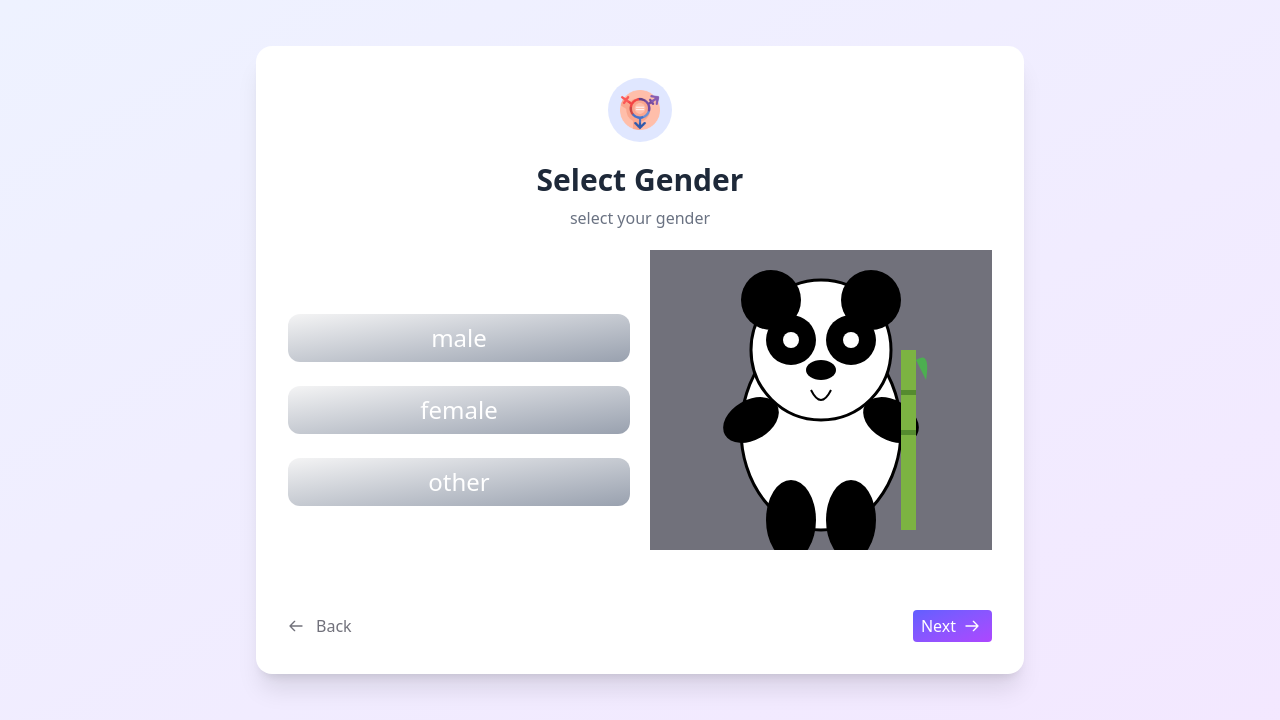
Repository: aryan151pratap/FitPanda
Page: / (app in frontened/)
An editor plug-in stored every save of this project. The page is shown before and after the next save, followed by the edit.
The browser window is 1280 px wide. The pictures show the whole page.
The project was rebuilt for these pictures with package versions that can differ from the ones it lists, and the page was loaded fresh each time. Also part of the build but not shown: frontened/vite.config.js, frontened/src/App.css, frontened/src/components/page_1.jsx, frontened/src/login/login.jsx, frontened/src/login/sign_up.jsx, frontened/src/login/otp.jsx, frontened/src/notification/notify.jsx.

Above is the page before, as saved 2025-06-04 23:26:09.

### frontened/src/App.jsx
import { useState } from 'react'
import './App.css'
import Page_1 from './components/page_1';
import Sign_up from './login/sign_up';
import Otp from './login/otp';
import Notify from './notification/notify';
import Gender from './about_user/gender';

function App() {
	const [otp, setOtp] = useState(true);

  const [data, setData] = useState({});
  const [login, setLogin] = useState(true);

  const [notification, setNotification] = useState('');


  return (
    <>
    <div className=''>
      {!login ?
        <div>
        {otp ?
        <Sign_up setOtp={setOtp} setEmail={setData} setNotification={setNotification}/>
        :
        <Otp setOtp={setOtp} data={data} setNotification={setNotification}/>
        }
        </div>
        :
        <div>
          {/* <Page_1/> */}
          <Gender/>
        </div>
      }

      <div>
        {notification.length > 0 &&
          <Notify notification={notification} setNotification={setNotification}/>
        }
      </div>
    </div>
    </>
  )
}

export default App

### frontened/src/about_user/gender.jsx
import { useState } from "react";
import gender_img from '../image/gender.png';

function Gender(){
	const [gender, setGender] = useState('');
	const gen = ['male', 'female', 'other'];

	return(
		<>
		<div className="min-h-screen bg-gradient-to-br from-indigo-50 to-purple-100 flex items-center justify-center p-4">
			<div className="w-full sm:max-w-xl md:max-w-3xl">
				<div className="bg-white rounded-2xl shadow-xl overflow-hidden p-8">
					<div className="text-center">
						<div className="mx-auto flex items-center justify-center w-16 h-16 bg-indigo-100 rounded-full mb-5">
						{gender === "male" ?
							<svg xmlns="http://www.w3.org/2000/svg" className="h-8 w-8 text-blue-600" fill="none" viewBox="0 0 24 24" stroke="currentColor">
								<path strokeLinecap="round" strokeLinejoin="round" strokeWidth={2} d="M13 7h4a1 1 0 011 1v4m-7 7a5 5 0 100-10 5 5 0 000 10zm6-10l-5 5" />
							</svg>
							: gender === 'female' ?
							<svg xmlns="http://www.w3.org/2000/svg" className="h-8 w-8 text-pink-600" fill="none" viewBox="0 0 24 24" stroke="currentColor">
								<path strokeLinecap="round" strokeLinejoin="round" strokeWidth={2} d="M12 14v7m0 0h3m-3 0H9m3-7a5 5 0 100-10 5 5 0 000 10z" />
							</svg>
							: gender === 'other' ?
							<svg xmlns="http://www.w3.org/2000/svg" className="h-8 w-8 text-purple-600" fill="none" viewBox="0 0 24 24" stroke="currentColor">
								<path strokeLinecap="round" strokeLinejoin="round" strokeWidth={2} d="M12 3v3m0 0a5 5 0 110 10m0-10a5 5 0 100 10m0 0v4m-3 0h6" />
							</svg>
							:
							<div>
								<img src={gender_img} alt="" className="h-10 w-10"/>
							</div>
						}
						</div>
						<h2 className="text-3xl font-bold text-gray-800">Select Gender</h2>
						<p className="text-gray-500 mt-2">
							select your gender
							<span className="block font-medium text-indigo-600"></span>
						</p>
					</div>

					<div className="flex grid grid-cols-2 gap-5 justify-between py-5 items-center">
						<div className="w-fill flex flex-col gap-6 mt-5">
						{gen.map((i, index) => (
							<div key={index}>
								<button className="w-full p-2 text-white text-2xl rounded-xl bg-gradient-to-br from-zinc-100 to-gray-400 cursor-pointer transition hover:px-4">
									{i}
								</button>
							</div>
						))}
						</div>
						<div className="flex items-center bg-zinc-500 justify-center">
							<svg width="300" height="300" viewBox="0 0 300 300" xmlns="http://www.w3.org/2000/svg">
						<ellipse cx="150" cy="180" rx="80" ry="100" fill="white" stroke="black" stroke-width="3"/>

						<circle cx="150" cy="100" r="70" fill="white" stroke="black" stroke-width="3"/>

						<circle cx="100" cy="50" r="30" fill="black"/>
						<circle cx="200" cy="50" r="30" fill="black"/>

						<circle cx="120" cy="90" r="25" fill="black"/>
						<circle cx="180" cy="90" r="25" fill="black"/>

						<circle cx="120" cy="90" r="8" fill="white"/>
						<circle cx="180" cy="90" r="8" fill="white"/>

						<ellipse cx="150" cy="120" rx="15" ry="10" fill="black"/>

						<path d="M140 140 Q150 160 160 140" stroke="black" stroke-width="2" fill="none"/>

						<ellipse cx="80" cy="170" rx="30" ry="20" fill="black" transform="rotate(-30 80 170)"/>
						<ellipse cx="220" cy="170" rx="30" ry="20" fill="black" transform="rotate(30 220 170)"/>

						<ellipse cx="120" cy="270" rx="25" ry="40" fill="black"/>
						<ellipse cx="180" cy="270" rx="25" ry="40" fill="black"/>

						<rect x="230" y="100" width="15" height="180" fill="#7CB342"/>
						<rect x="230" y="140" width="15" height="5" fill="#558B2F"/>
						<rect x="230" y="180" width="15" height="5" fill="#558B2F"/>
						<path d="M245 110 Q260 100 255 130" fill="#4CAF50"/>
						</svg>
						</div>
					</div>

					<div className="mt-10 flex justify-between">
						<button className="text-zinc-500 flex items-center gap-2 hover:text-zinc-700 cursor-pointer">
							<svg xmlns="http://www.w3.org/2000/svg" className="h-4 w-4 mr-1" fill="none" viewBox="0 0 24 24" stroke="currentColor">
							<path strokeLinecap="round" strokeLinejoin="round" strokeWidth={2} d="M10 19l-7-7m0 0l7-7m-7 7h18" />
							</svg>
							<span className="">Back</span>
						</button>
						<button className="text-white px-2 py-1 rounded-sm bg-gradient-to-br from-indigo-500 to-purple-500 flex gap-2 items-center">
							<span>Next</span>
							<svg xmlns="http://www.w3.org/2000/svg" className="h-4 w-4 mr-1" fill="none" viewBox="0 0 24 24" stroke="currentColor">
								<path strokeLinecap="round" strokeLinejoin="round" strokeWidth={2} d="M14 5l7 7m0 0l-7 7m7-7H3" />
							</svg>
						</button>
					</div>
				</div>
			</div>
		</div>

		</>
	)
}

export default Gender;

Loaded but not shown: frontened/index.html (common file); frontened/src/main.jsx (common file)

After the next save:
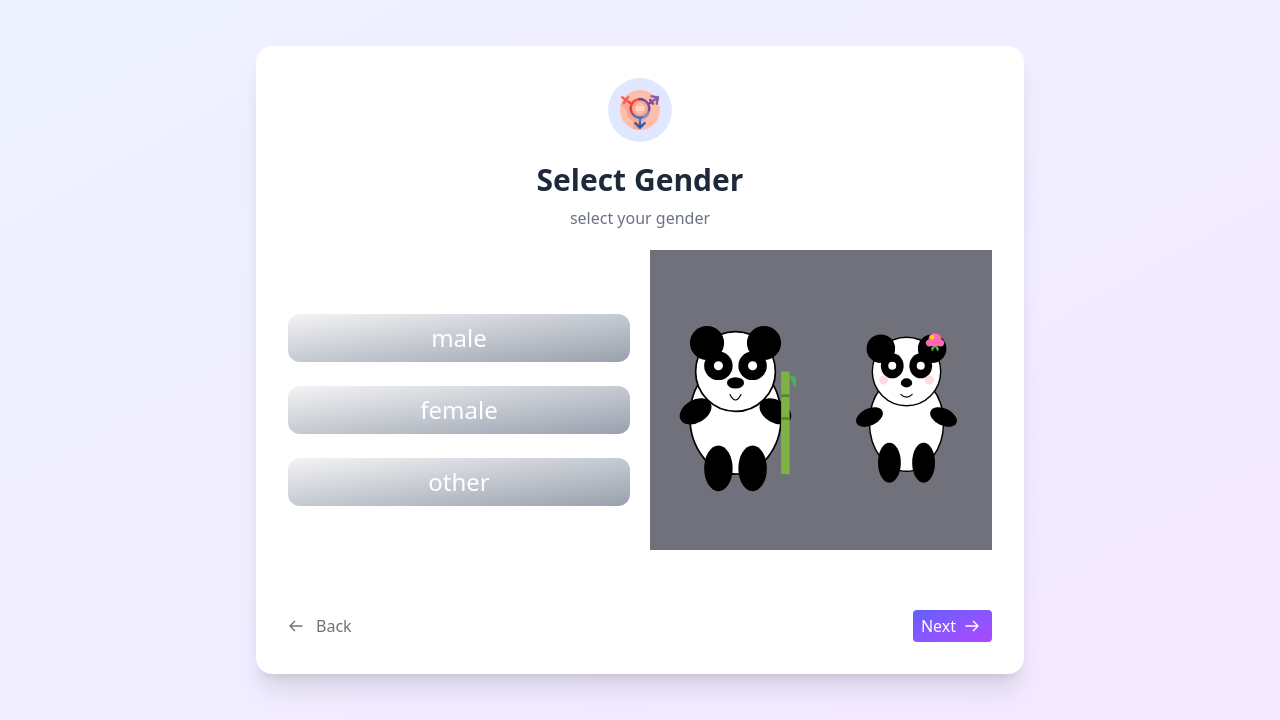
Saved 51 s later.
--- a/frontened/src/about_user/gender.jsx
+++ b/frontened/src/about_user/gender.jsx
@@ -77,6 +77,46 @@ function Gender(){
 						<rect x="230" y="180" width="15" height="5" fill="#558B2F"/>
 						<path d="M245 110 Q260 100 255 130" fill="#4CAF50"/>
 						</svg>
+
+						<svg width="300" height="300" viewBox="0 0 300 300" xmlns="http://www.w3.org/2000/svg">
+  <ellipse cx="150" cy="190" rx="65" ry="85" fill="white" stroke="black" stroke-width="2.5"/>
+
+  <circle cx="150" cy="100" r="60" fill="white" stroke="black" stroke-width="2.5"/>
+
+  <circle cx="105" cy="60" r="25" fill="black"/>
+  <circle cx="195" cy="60" r="25" fill="black"/>
+
+  <ellipse cx="125" cy="90" rx="20" ry="22" fill="black"/>
+  <ellipse cx="175" cy="90" rx="20" ry="22" fill="black"/>
+
+  <circle cx="125" cy="90" r="7" fill="white"/>
+  <circle cx="175" cy="90" r="7" fill="white"/>
+
+  <path d="M110 80 Q115 75 120 78" stroke="black" stroke-width="1.5" fill="none"/>
+  <path d="M120 78 Q125 73 130 80" stroke="black" stroke-width="1.5" fill="none"/>
+  <path d="M165 80 Q170 75 175 78" stroke="black" stroke-width="1.5" fill="none"/>
+  <path d="M175 78 Q180 73 185 80" stroke="black" stroke-width="1.5" fill="none"/>
+
+  <ellipse cx="150" cy="120" rx="10" ry="8" fill="black"/>
+
+  <path d="M140 140 Q150 150 160 140" stroke="black" stroke-width="2" fill="none" stroke-linecap="round"/>
+
+  <circle cx="110" cy="115" r="8" fill="#FFC0CB" opacity="0.6"/>
+  <circle cx="190" cy="115" r="8" fill="#FFC0CB" opacity="0.6"/>
+
+  <ellipse cx="85" cy="180" rx="25" ry="15" fill="black" transform="rotate(-25 85 180)"/>
+  <ellipse cx="215" cy="180" rx="25" ry="15" fill="black" transform="rotate(25 215 180)"/>
+
+  <ellipse cx="120" cy="260" rx="20" ry="35" fill="black"/>
+  <ellipse cx="180" cy="260" rx="20" ry="35" fill="black"/>
+
+  <circle cx="200" cy="45" r="12" fill="#FF69B4"/>
+  <circle cx="195" cy="40" r="4" fill="#FFD700"/>
+  <path d="M200 57 Q210 55 205 65" fill="#32CD32" stroke="#228B22" stroke-width="0.5"/>
+  <path d="M200 57 Q190 55 195 65" fill="#32CD32" stroke="#228B22" stroke-width="0.5"/>
+  <circle cx="190" cy="50" r="6" fill="#FF69B4" transform="rotate(-30 190 50)"/>
+  <circle cx="210" cy="50" r="6" fill="#FF69B4" transform="rotate(30 210 50)"/>
+</svg>
 						</div>
 					</div>
 
